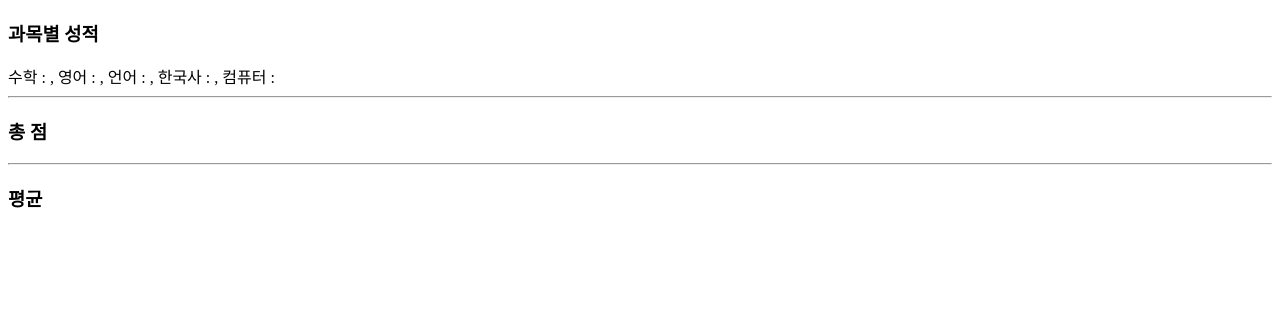
Repository: jjjjjjji-hun/springbasic
Page: http://localhost/SpringBasic/WEB-INF/views/scoreResult.jsp
These files come from the project's save history. The page is drawn as it stood at one moment and after the next save; the edit follows.
The browser window is 1280 px wide. The pictures show the whole page.
The page is served by Tomcat 9. Nobody is signed in. The template is opened directly, without the code that normally fills it, so the values that code supplies are empty.

Above is the page before, as saved 2022-03-31 00:25:49.

After the next save:
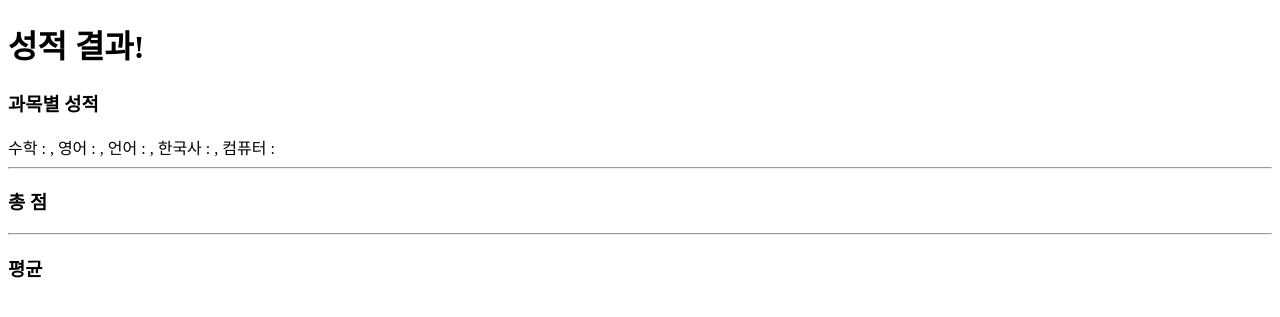
Saved 12 min 25 s later.
--- a/SpringBasic/src/main/webapp/WEB-INF/views/scoreResult.jsp
+++ b/SpringBasic/src/main/webapp/WEB-INF/views/scoreResult.jsp
@@ -7,6 +7,7 @@
 <title>Insert title here</title>
 </head>
 <body>
+<h1>성적 결과!</h1>
 <h3>과목별 성적</h3>
 수학 : ${math}, 영어 : ${english}, 언어 : ${language}, 한국사 : ${history}, 컴퓨터 : ${computer}<hr/>
 <h3>총 점</h3>
